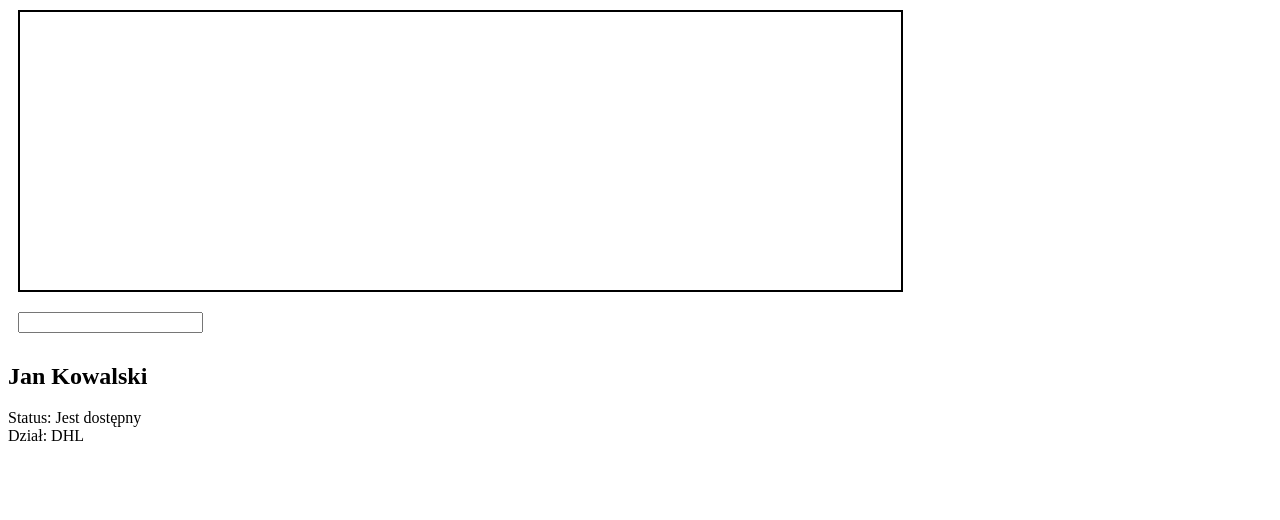
Repository: emdes515/EHpanel
Page: html/dashboardObecnosc.html
The author's editor kept a copy of each file at every save. The page is drawn from the files as they stood at one save, then again after the next save.
The browser window is 1280 px wide. The pictures show the whole page.

Above is the page before, as saved 2024-04-22 10:08:22.
Console error: ReferenceError: $ is not defined

### html/dashboardObecnosc.html
<style>
	.main {
		width: 70%;
		height: 40%;
		border: 2px solid black;
		display: flex;
		place-content: center;
	}

	input {
		margin: 10px;
	}
</style>

<input class="main" />
<input
	id="dashboardObecnoscInput"
	name="dashboardObecnoscInput" />

<div>
	<div><h2>Jan Kowalski</h2></div>
	<div>
		<div><span>Status: </span> <span>Jest dostępny</span></div>
		<div><span>Dział: </span> <span>DHL</span></div>
	</div>
</div>

<script
	type="text/javascript"
	src="js/dashboardObecnosc.js"></script>

### js/dashboardObecnosc.js
$(document).ready(function () {
	const pracownicyNieobecnii_Zdalnie = $('#dashboardObecnoscInput').jqxInput({
		placeHolder: 'Enter a Country',
		height: '10%',
		width: '50%',
		minLength: 1,
	});

	const url = 'https://api.elgor.com.pl/login';
	const apikey =
		'f000983f7ccf9d50418948aeb3eef18484fb354824ca383c64823bd7db18c41b82b90434b9ab30e4f310701d749fa158569573b16a13cbd15fd0b853af04ed77';

	fetch(url, {
		method: 'GET',
		headers: {
			Accept: 'application/json',
			apikey: apikey,
		},
	})
		.then((response) => response.json())
		.then((data) => console.log(data));
});

After the next save:
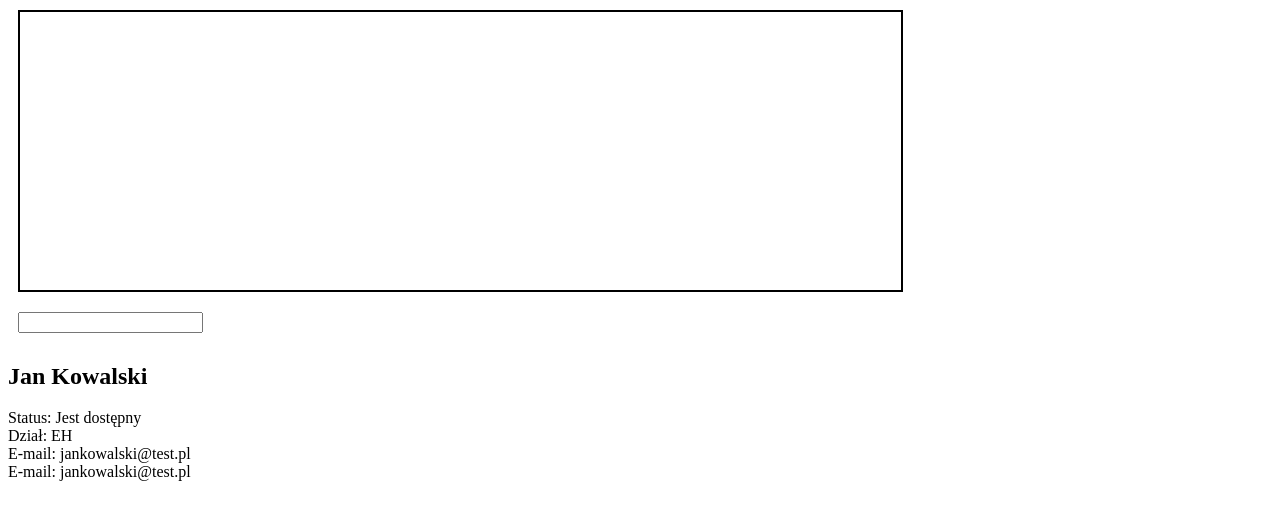
Saved 30 s later.
--- a/html/dashboardObecnosc.html
+++ b/html/dashboardObecnosc.html
@@ -21,7 +21,9 @@
 	<div><h2>Jan Kowalski</h2></div>
 	<div>
 		<div><span>Status: </span> <span>Jest dostępny</span></div>
-		<div><span>Dział: </span> <span>DHL</span></div>
+		<div><span>Dział: </span> <span>EH</span></div>
+		<div><span>E-mail: </span> <span>jankowalski@test.pl</span></div>
+		<div><span>E-mail: </span> <span>jankowalski@test.pl</span></div>
 	</div>
 </div>
 
